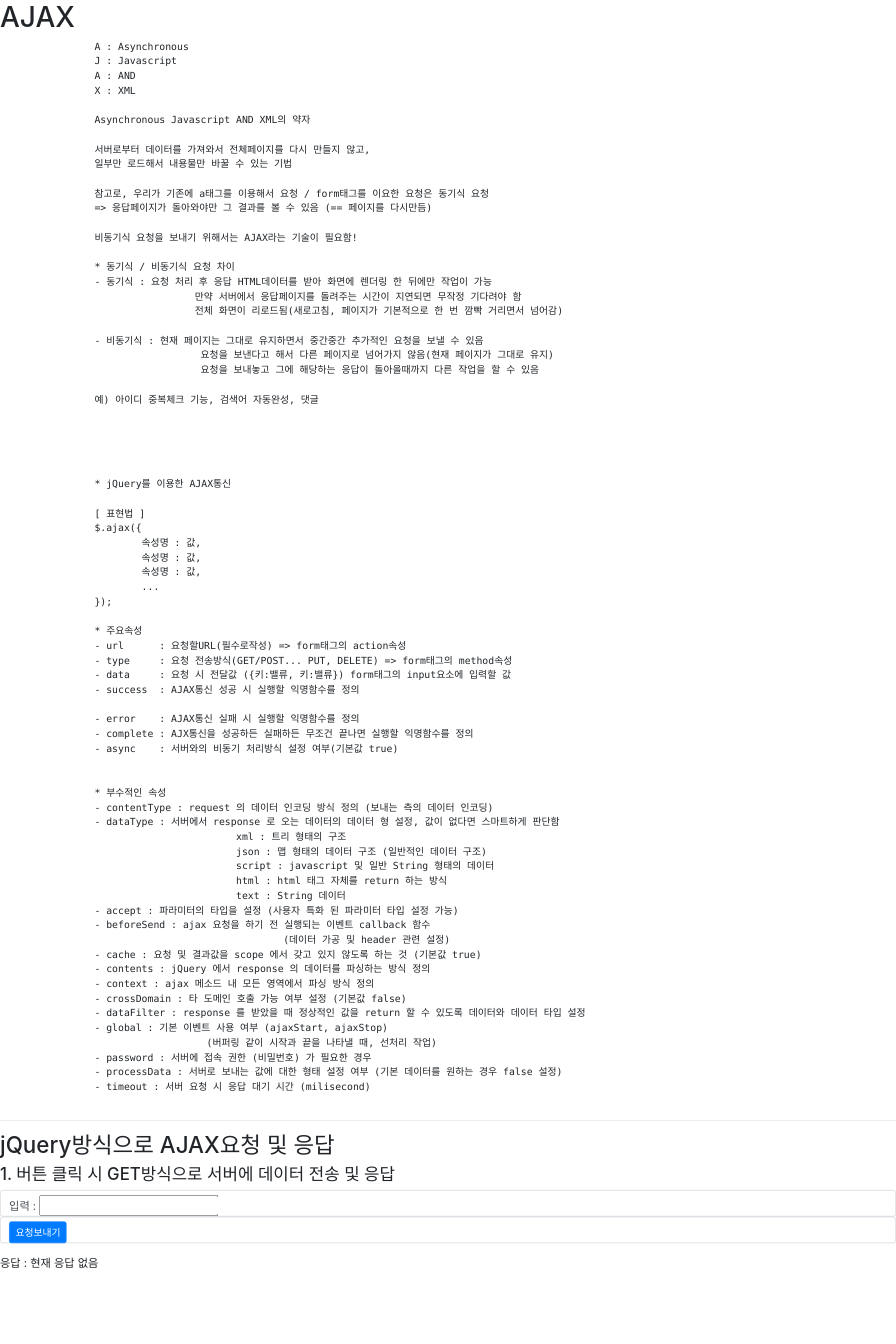
Repository: Hyunbin1111/practice
Page: http://localhost/MyBatisProject/study
These files come from the project's save history. The page is drawn as it stood at one moment and after the next save; the edit follows.
The browser window is 1280 px wide. The pictures show the part of the page from y = 0 to 1920 px (the page is 2736 px tall before and 2631 px after), at 70% of full size.
The page is served by Tomcat 9. Other server files are loaded and not shown.

Above is the page before, as saved 2024-12-09 03:26:49.

### web-workspace2/MyBatisProject/src/main/webapp/WEB-INF/views/ajax/study.jsp
<%@ page language="java" contentType="text/html; charset=UTF-8"
    pageEncoding="UTF-8"%>
<%@ taglib prefix="c" uri="http://java.sun.com/jstl/core" %>

<!DOCTYPE html>
<html>
<head>
<meta charset="UTF-8">
<title>Insert title here</title>
</head>
<body>
  <script src="https://ajax.googleapis.com/ajax/libs/jquery/3.7.1/jquery.min.js"></script>
  <link rel="stylesheet" href="https://cdn.jsdelivr.net/npm/bootstrap@4.6.2/dist/css/bootstrap.min.css">
  <script src="https://cdn.jsdelivr.net/npm/popper.js@1.16.1/dist/umd/popper.min.js"></script>
  <script src="https://cdn.jsdelivr.net/npm/bootstrap@4.6.2/dist/js/bootstrap.bundle.min.js"></script>

	<h1>AJAX</h1>

	<pre>
		A : Asynchronous
		J : Javascript
		A : AND
		X : XML

		Asynchronous Javascript AND XML의 약자

		서버로부터 데이터를 가져와서 전체페이지를 다시 만들지 않고,
		일부만 로드해서 내용물만 바꿀 수 있는 기법

		참고로, 우리가 기존에 a태그를 이용해서 요청 / form태그를 이요한 요청은 동기식 요청
		=> 응답페이지가 돌아와야만 그 결과를 볼 수 있음 (== 페이지를 다시만듬)

		비동기식 요청을 보내기 위해서는 AJAX라는 기술이 필요함!

		* 동기식 / 비동기식 요청 차이
		- 동기식 : 요청 처리 후 응답 HTML데이터를 받아 화면에 렌더링 한 뒤에만 작업이 가능
				 만약 서버에서 응답페이지를 돌려주는 시간이 지연되면 무작정 기다려야 함
				 전체 화면이 리로드됨(새로고침, 페이지가 기본적으로 한 번 깜빡 거리면서 넘어감)

		- 비동기식 : 현재 페이지는 그대로 유지하면서 중간중간 추가적인 요청을 보낼 수 있음
				  요청을 보낸다고 해서 다른 페이지로 넘어가지 않음(현재 페이지가 그대로 유지)
				  요청을 보내놓고 그에 해당하는 응답이 돌아올때까지 다른 작업을 할 수 있음

		예) 아이디 중복체크 기능, 검색어 자동완성, 댓글



	</pre>

	<pre>
		* jQuery를 이용한 AJAX통신

		[ 표현법 ]
		$.ajax({
			속성명 : 값,
			속성명 : 값,
			속성명 : 값,
			...
		});

		* 주요속성
		- url	   : 요청할URL(필수로작성) => form태그의 action속성
		- type	   : 요청 전송방식(GET/POST... PUT, DELETE) => form태그의 method속성
		- data	   : 요청 시 전달값 ({키:밸류, 키:밸류}) form태그의 input요소에 입력할 값
		- success  : AJAX통신 성공 시 실행할 익명함수를 정의

		- error	   : AJAX통신 실패 시 실행할 익명함수를 정의
		- complete : AJX통신을 성공하든 실패하든 무조건 끝나면 실행할 익명함수를 정의
		- async    : 서버와의 비동기 처리방식 설정 여부(기본값 true)


		* 부수적인 속성
		- contentType : request 의 데이터 인코딩 방식 정의 (보내는 측의 데이터 인코딩)
		- dataType : 서버에서 response 로 오는 데이터의 데이터 형 설정, 값이 없다면 스마트하게 판단함
					xml : 트리 형태의 구조
					json : 맵 형태의 데이터 구조 (일반적인 데이터 구조)
					script : javascript 및 일반 String 형태의 데이터
					html : html 태그 자체를 return 하는 방식
					text : String 데이터
		- accept : 파라미터의 타입을 설정 (사용자 특화 된 파라미터 타입 설정 가능)
		- beforeSend : ajax 요청을 하기 전 실행되는 이벤트 callback 함수
		 				(데이터 가공 및 header 관련 설정)
		- cache : 요청 및 결과값을 scope 에서 갖고 있지 않도록 하는 것 (기본값 true)
		- contents : jQuery 에서 response 의 데이터를 파싱하는 방식 정의
		- context : ajax 메소드 내 모든 영역에서 파싱 방식 정의
		- crossDomain : 타 도메인 호출 가능 여부 설정 (기본값 false)
		- dataFilter : response 를 받았을 때 정상적인 값을 return 할 수 있도록 데이터와 데이터 타입 설정
		- global : 기본 이벤트 사용 여부 (ajaxStart, ajaxStop)
				   (버퍼링 같이 시작과 끝을 나타낼 때, 선처리 작업)
		- password : 서버에 접속 권한 (비밀번호) 가 필요한 경우
		- processData : 서버로 보내는 값에 대한 형태 설정 여부 (기본 데이터를 원하는 경우 false 설정)
		- timeout : 서버 요청 시 응답 대기 시간 (milisecond)
	</pre>



	<hr>

	<h2>jQuery방식으로 AJAX요청 및 응답</h2>
	<h4>1. 버튼 클릭 시 GET방식으로 서버에 데이터 전송 및 응답</h3>

	<div class="form-group">
		<div class="form-control">
			입력 : <input type="text" id="input1">
		</div>
		<div class="form-control">
			<button class="btn btn-sm btn-primary" id="ajax-btn">요청보내기</button>
		</div>
	</div>

	응답 : <label id="output1">현재 응답 없음</label>

	<script>
		// 버튼을 클릭하면
		$('#ajax-btn').click(function(){

			// 동기식 요청 : loaction.href = '요청URL?쿼리스트링';

			// 비동기식 요청
			$.ajax({
				url : 'ajax1.do',
				type : 'get',
				data : {
					value : $('#input1').val()
				},
				success : function(result){
					console.log('AJAX요청 성공 :');
					$("#output1").text(result);
				},
				error : function(){
					console.log('AJAX요청 실패 :');
				},
				complete : function(){
				}

			});



		});
	</script>



<br><br><br><br><br><br><br><br><br><br><br><br><br><br><br><br><br><br><br><br><br><br><br><br><br><br><br><br><br><br><br><br><br><br><br><br><br><br><br>
</body>
</html>

### web-workspace2/MyBatisProject/src/main/java/com/kh/ssuper/ajax/StudyForwardController.java
package com.kh.ssuper.ajax;

import java.io.IOException;
import javax.servlet.ServletException;
import javax.servlet.annotation.WebServlet;
import javax.servlet.http.HttpServlet;
import javax.servlet.http.HttpServletRequest;
import javax.servlet.http.HttpServletResponse;

@WebServlet("/study")
public class StudyForwardController extends HttpServlet {
	private static final long serialVersionUID = 1L;

    public StudyForwardController() {
        super();
    }

	protected void doGet(HttpServletRequest request, HttpServletResponse response) throws ServletException, IOException {

		request.getRequestDispatcher("/WEB-INF/views/ajax/study.jsp")
			   .forward(request, response);


	}

	protected void doPost(HttpServletRequest request, HttpServletResponse response) throws ServletException, IOException {
		doGet(request, response);
	}

}

After the next save:
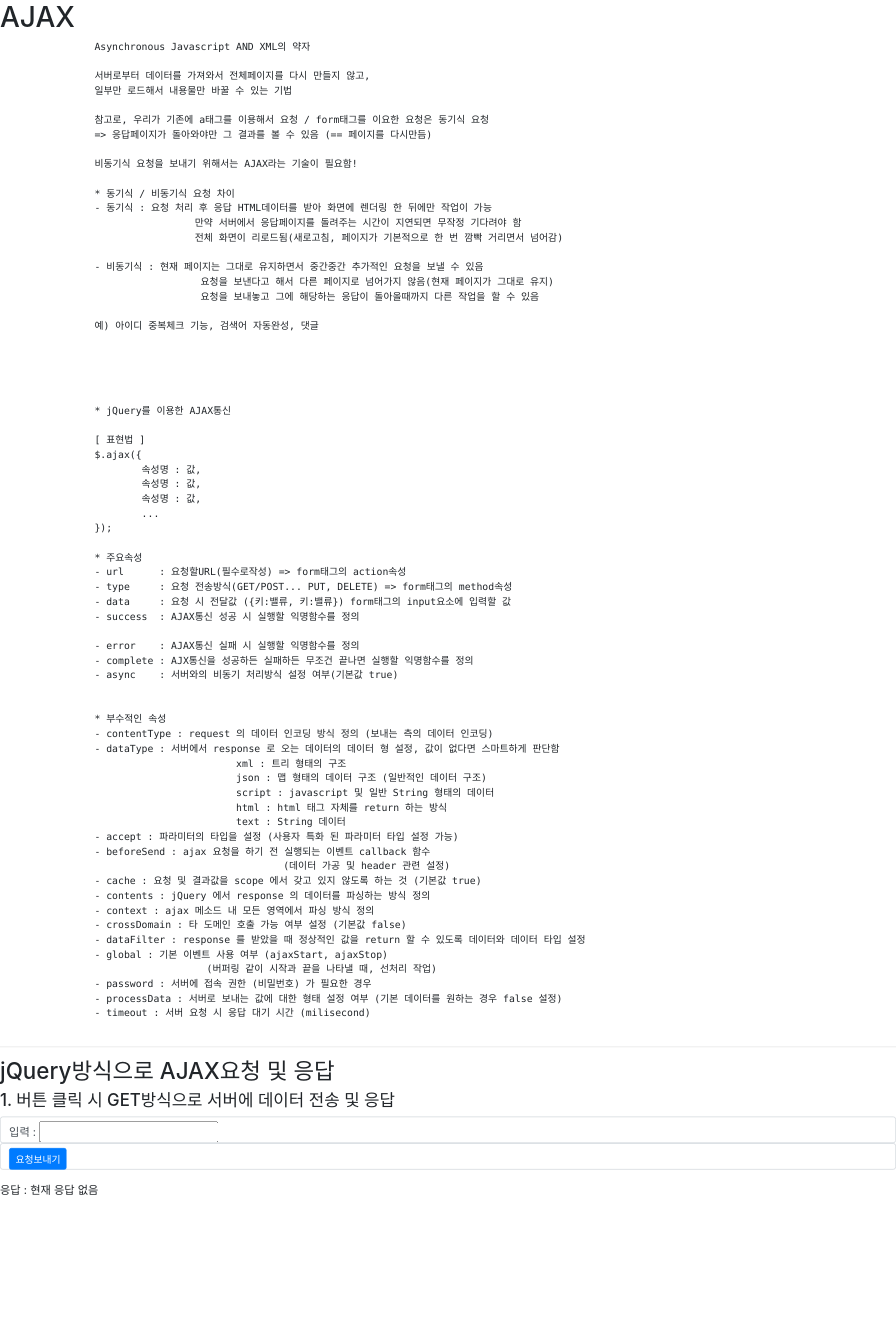
Saved 7 s later.
--- a/web-workspace2/MyBatisProject/src/main/webapp/WEB-INF/views/ajax/study.jsp
+++ b/web-workspace2/MyBatisProject/src/main/webapp/WEB-INF/views/ajax/study.jsp
@@ -17,11 +17,6 @@
 	<h1>AJAX</h1>
 
 	<pre>
-		A : Asynchronous
-		J : Javascript
-		A : AND
-		X : XML
-
 		Asynchronous Javascript AND XML의 약자
 
 		서버로부터 데이터를 가져와서 전체페이지를 다시 만들지 않고,
